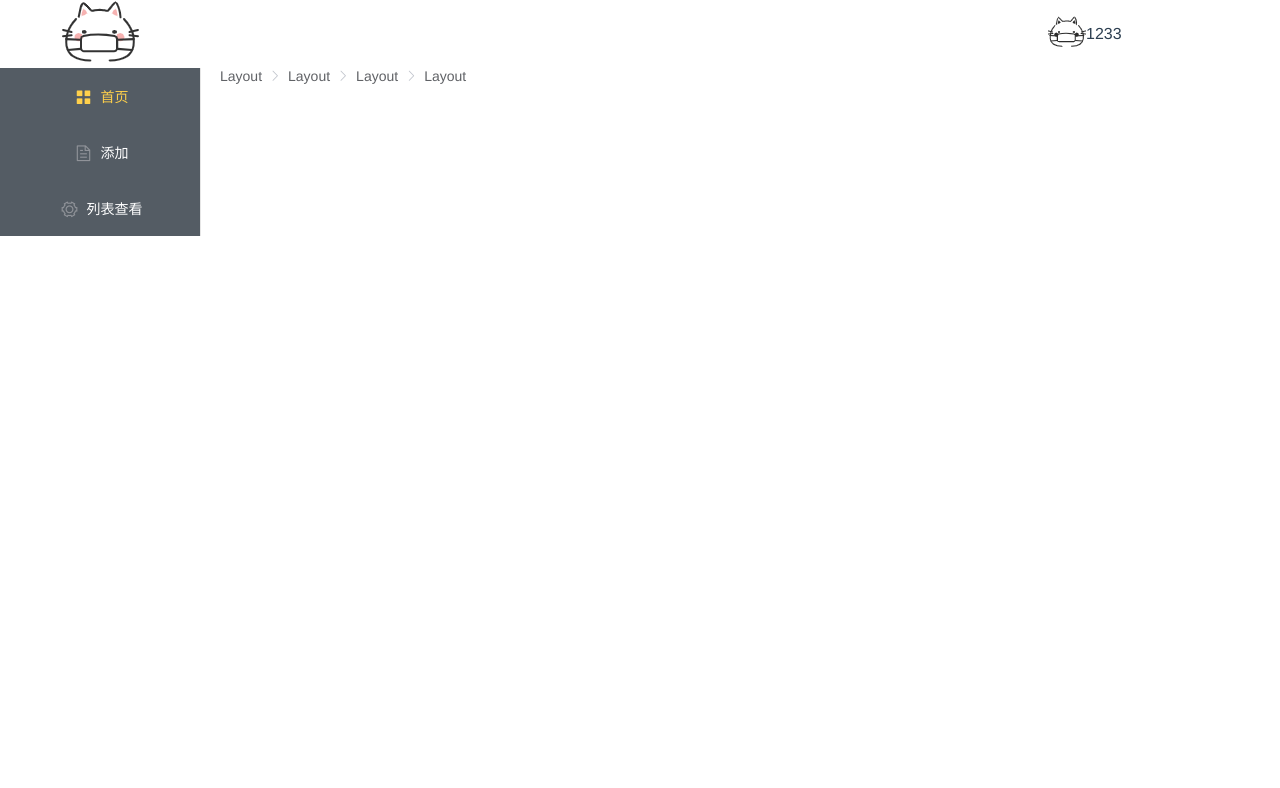
Repository: faintout/backMng
Page: / (app in backmng/)
An editor plug-in stored every save of this project. The page is shown before and after the next save, followed by the edit.
The browser window is 1280 px wide. The pictures show the whole page.
The project was rebuilt for these pictures with package versions that can differ from the ones it lists, and the page was loaded fresh each time. Also part of the build but not shown: backmng/vue.config.js, backmng/src/views/_index.vue, backmng/src/views/addList.vue, backmng/src/views/list.vue.

Above is the page before, as saved 2020-12-30 16:33:02.

### backmng/src/main.js
import Vue from 'vue'
import App from './App.vue'
import router from './router'
import store from './store'
import ElementUI from 'element-ui'
import 'element-ui/lib/theme-chalk/index.css'
import './assets/index.css'

Vue.use(ElementUI)
Vue.config.productionTip = false

new Vue({
  router,
  store,
  render: h => h(App)
}).$mount('#app')

### backmng/src/App.vue
<template>
  <div id="app">
    <router-view/>
  </div>
</template>

<style lang="less">
#app {
  font-family: Avenir, Helvetica, Arial, sans-serif;
  -webkit-font-smoothing: antialiased;
  -moz-osx-font-smoothing: grayscale;
  text-align: center;
  color: #2c3e50;
  height: 100%;
}

#nav {
  padding: 30px;

  a {
    font-weight: bold;
    color: #2c3e50;

    &.router-link-exact-active {
      color: #42b983;
    }
  }
}
</style>

### backmng/src/router/index.js
import Vue from 'vue'
import VueRouter from 'vue-router'
import Layout from '../views/layout.vue'
import _index from '../views/_index.vue'
import addList from '../views/addList.vue'
import list from '../views/list.vue'

Vue.use(VueRouter)

const routes = [
    {
        path: '/',
        name: 'Layout',
        component: Layout,
        children: [
            {
                path: '/_index',
                name: '首页',
                component: _index,
            },
            {
                path: '/addList',
                name: '添加',
                component: addList,
            },
            {
                path: '/list',
                name: '列表查看',
                component: list,
            },
        ]
    },
]

const router = new VueRouter({
    routes
})

export default router

### backmng/src/assets/index.css
* {
    /* width: 100%;
    height: 100%; */
    padding: 0;
    margin: 0;
}
html,body{
    height: 100%;
}
.h100{
    height: 100%;
}

### backmng/src/views/layout.vue
<template>
    <div class="h100">
        <div class="menu_list" style="width:200px;height:100%;float:left">
            <!-- <header-top></header-top> -->
            <img :src="require('../assets/images/'+(!isCollapse?'7':'7_25px')+'.png')" alt="" @click="isCollapse = !isCollapse" :style="{left:isCollapse?'-64px':0}">
            <!-- <img src="../assets/images/7.png" alt="" @click="isCollapse = !isCollapse" style="cursor:pointer;"> -->
            <el-row class="tac h100">
                <el-col :span="12" class="h100">
                    <el-menu default-active="/_index" router class="el-menu-vertical-demo" @open="handleOpen" @close="handleClose" background-color="#545c64" text-color="#fff" active-text-color="#ffd04b" :collapse="isCollapse">
                        <el-menu-item index="/_index">
                            <i class="el-icon-menu"></i>
                            <span slot="title">首页</span>
                        </el-menu-item>
                        <el-menu-item index="/addList">
                            <i class="el-icon-document"></i>
                            <span slot="title">添加</span>
                        </el-menu-item>
                        <el-menu-item index="/list">
                            <i class="el-icon-setting"></i>
                            <span slot="title">列表查看</span>
                        </el-menu-item>
                    </el-menu>
                </el-col>
            </el-row>
        </div>
        <div style="width:80%;float:left">
            <header-top></header-top>
            <div class="content">
                <el-breadcrumb separator-class="el-icon-arrow-right"  style="margin: 5px 0 20px 20px;">
                    <el-breadcrumb-item>{{$route.name}}</el-breadcrumb-item>
                    <el-breadcrumb-item>{{$route.name}}</el-breadcrumb-item>
                    <el-breadcrumb-item>{{$route.name}}</el-breadcrumb-item>
                    <el-breadcrumb-item>{{$route.name}}</el-breadcrumb-item>
                </el-breadcrumb>
                <router-view></router-view>
            </div>
        </div>


    </div>
</template>

<script>
    import headerTop from './headerTop'
    export default {
        components: {
            headerTop
        },
        data() {
            return {
                isCollapse: false
            }
        },
        watch: {},
        computed: {},
        methods: {
            handleOpen(key, keyPath) {
                console.log(key, keyPath);
            },
            handleClose(key, keyPath) {
                console.log(key, keyPath);
            }
        },
        mounted() {},
        created() {},
    }
</script>
<style lang="less" scoped>
    .el-menu-vertical-demo:not(.el-menu--collapse) {
        width: 200px;
        // min-height: 100%;
        // height: calc(100% - 64px);
    }

    .menu_list {
        img {
            cursor: pointer;
            position: relative,
        }
    }
</style>

### backmng/src/views/headerTop.vue
<template>
    <div>
        <div class="header">
            <div class="user_info">
                <div class="user_pic">
                    <img src="../assets/images/user_pic.png" alt="">
                </div>
                <div class="user_name">1233</div>
            </div>
        </div>
    </div>
</template>

<script>
    export default {
        components: {},
        data() {
            return {}
        },
        watch: {},
        computed: {},
        methods: {},
        mounted() {},
        created() {},
    }
</script>
<style lang="less" scoped>
    .header {
        // display: flex;
        justify-content: space-between;
        height: 64px;
        width: 100%;
        vertical-align: middle;
        display: inline-block;
        // img{
        //     float: left;
        // }
    }

    .user_info div {
        display: inline-block;
        margin-top: 16px;
    }

    .user_info {
        text-align: center;
        margin-right: 10%;
        vertical-align: middle;
        float: right;
    }

    .user_name {
        vertical-align: middle;
        display: inline-block;
    }

    .user_pic {
        vertical-align: middle;
    }
</style>

Loaded but not shown: backmng/public/index.html (common file); backmng/src/store/index.js (common file)

After the next save:
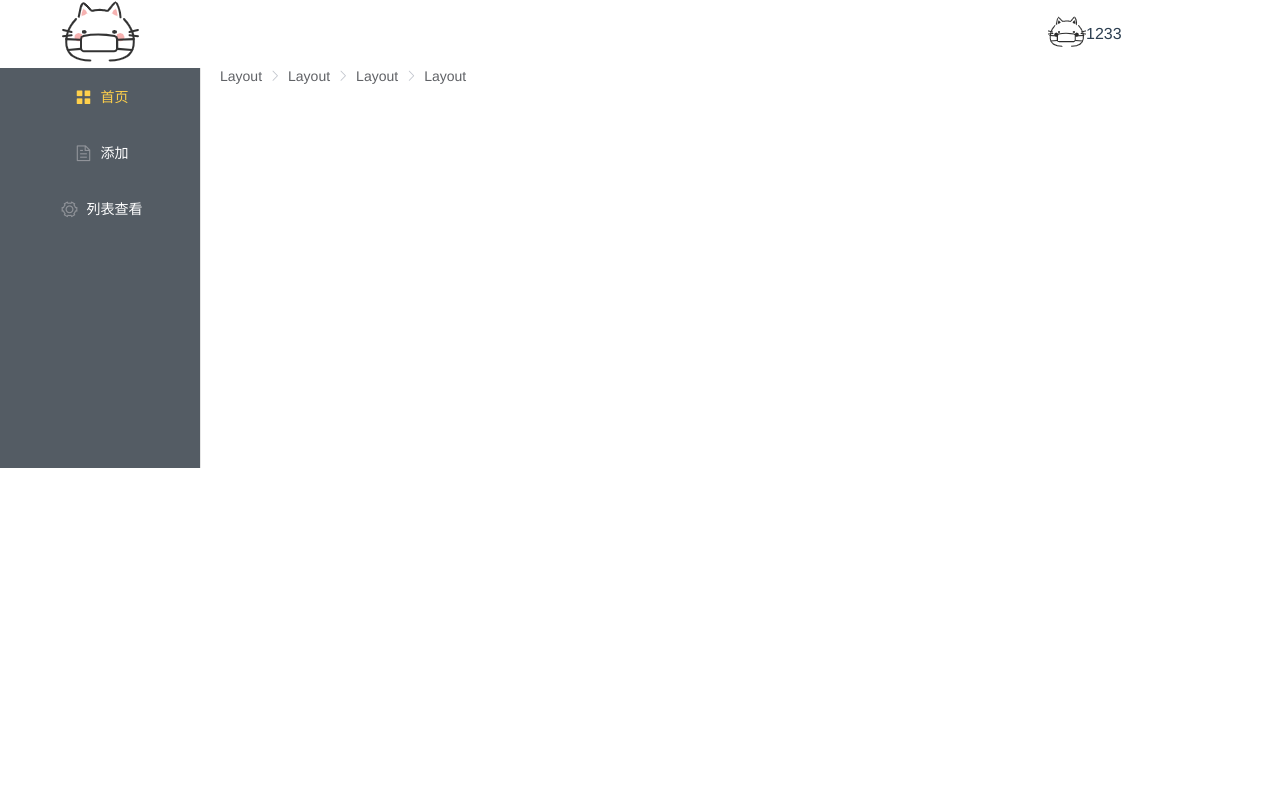
Saved 13 s later.
--- a/backmng/src/views/layout.vue
+++ b/backmng/src/views/layout.vue
@@ -68,7 +68,7 @@
 <style lang="less" scoped>
     .el-menu-vertical-demo:not(.el-menu--collapse) {
         width: 200px;
-        // min-height: 100%;
+        min-height: 400px;
         // height: calc(100% - 64px);
     }
 
